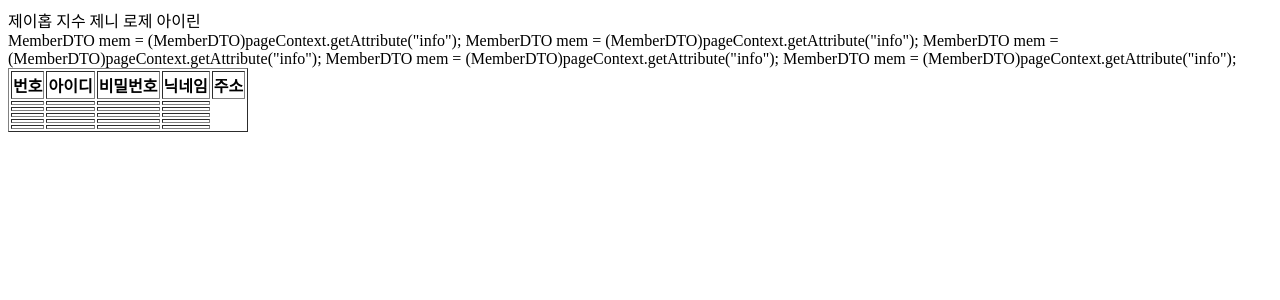
Repository: lee010207/HTML-CSS-JS
Page: http://localhost/EL_JSTL/JSTL_Final.jsp
An editor plug-in stored every save of this project. The page is shown before and after the next save, followed by the edit.
The browser window is 1280 px wide. The pictures show the whole page.
The page is served by Tomcat 9.

Above is the page before, as saved 2023-09-04 00:36:45.

After the next save:
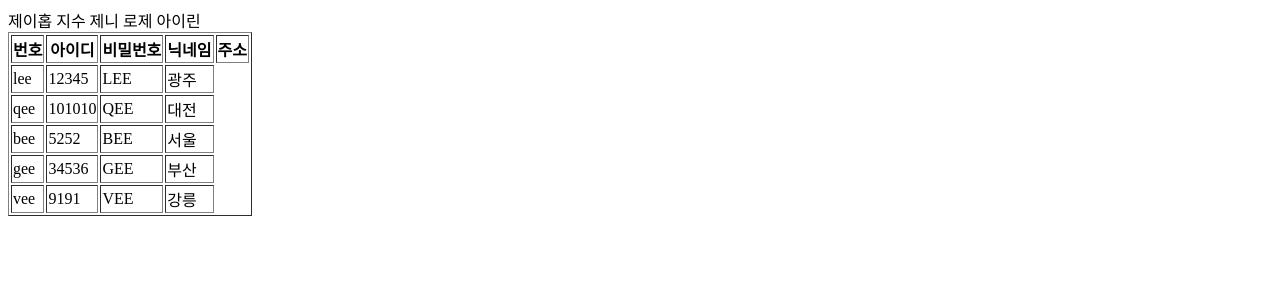
Saved 2 min 28 s later.
--- a/04. Server/EL_JSTL/src/main/webapp/JSTL_Final.jsp
+++ b/04. Server/EL_JSTL/src/main/webapp/JSTL_Final.jsp
@@ -53,13 +53,14 @@
 			<th>닉네임</th>
 			<th>주소</th>
 		</tr>
+		<c:set var="num" value="1" />
 		<c:forEach items="${list }" var="info">
-			MemberDTO mem = (MemberDTO)pageContext.getAttribute("info");
+
 			<tr>
-			<td>${mem.id}</td>
-			<td>${mem.pw}</td>
-			<td>${mem.nick}</td>
-			<td>${mem.addr}</td>
+			<td>${info.id}</td>
+			<td>${info.pw}</td>
+			<td>${info.nick}</td>
+			<td>${info.addr}</td>
 			</tr>
 		</c:forEach>
 	</table>
